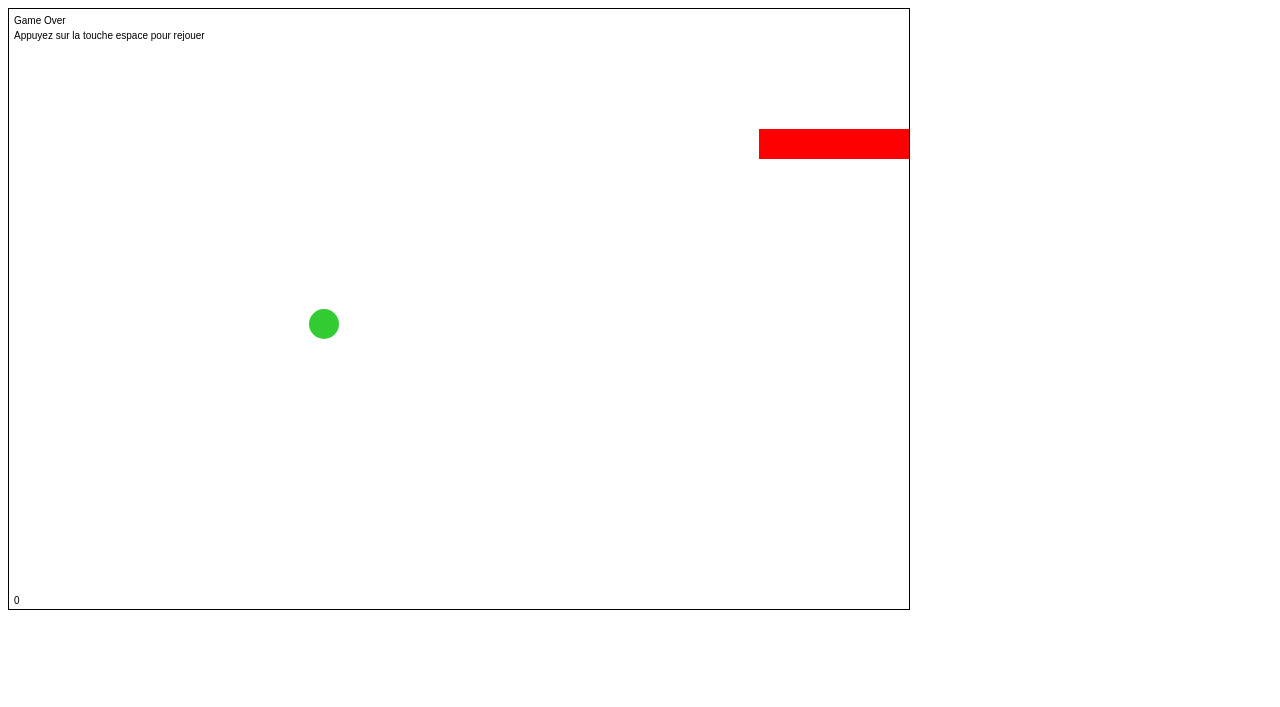
Repository: Loetitia27006/snake
Page: index.html
These files come from the project's save history. The page is drawn as it stood at one moment and after the next save; the edit follows.
The browser window is 1280 px wide. The pictures show the whole page.

Above is the page before, as saved 2023-03-24 16:14:10.

### index.html
<!DOCTYPE html>
<html lang="en">
<head>
    <meta charset="UTF-8">
    <meta http-equiv="X-UA-Compatible" content="IE=edge">
    <meta name="viewport" content="width=device-width, initial-scale=1.0">
    <title>Snake Game</title>
</head>
<body>

</body>
<script src="script.js"></script>
</html>

### script.js
window.onload = function () {
  var canvasWidth = 900;
  var canvasHeight = 600;
  var blockSize = 30;
  var ctx;
  var delay = 100;
  var snakee;
  var applee;
  var widthInBlocks = canvasWidth/blockSize;
  var heightInBlocks = canvasHeight/blockSize;
  var score;

  init();

  function init() {
    var canvas = document.createElement("canvas");
    canvas.width = canvasWidth;
    canvas.height = canvasHeight;
    canvas.style.border = "1px solid";
    document.body.appendChild(canvas);
    ctx = canvas.getContext("2d");
    snakee = new Snake([[6, 4],[5, 4],[4, 4],[3, 4], [2, 4]], "right");
    applee = new Apple([10, 10]);
    score = 0;
    refreshCanvas();
  }

  function refreshCanvas() {
    snakee.advance();
    if(snakee.checkCollision()){
        gameOver();
    }else{
      if(snakee.isEatingApple(applee)){
        score++;
        snakee.ateApple = true;
        do{
          applee.setNewPosition();
        }while(applee.isOnSnake(snakee))
      }
      ctx.clearRect(0, 0, canvasWidth, canvasHeight);
      snakee.draw();
      applee.draw();
      drawScore();
      setTimeout(refreshCanvas, delay);
    }

  }
  function gameOver(){
    ctx.save();
    ctx.fillText("Game Over", 5, 15);
    ctx.fillText("Appuyez sur la touche espace pour rejouer",5 ,30)
    ctx.restore();
  }

  function restart(){
    snakee = new Snake(
      [
        [6, 4],
        [5, 4],
        [4, 4],
        [3, 4] ,
        [2, 4],
      ],
      "right"
    );
    applee = new Apple([10, 10]);
    score = 0;
    refreshCanvas();
  }

  function drawScore(){
    ctx.save();
    ctx.fillText(score.toString(), 5, canvasHeight -5);
  }

  function drawBlock(ctx, position){
    var x = position[0] * blockSize;
    var y = position[1] * blockSize;
    ctx.fillRect(x, y, blockSize, blockSize)
  }

  function Snake(body, direction) {
    this.body = body;
    this.direction = direction
    this.ateApple = false;
    this.draw = function () {
      ctx.save();
      ctx.fillStyle = "#ff0000";
      for (var i = 0; i < this.body.length; i++) {
        drawBlock(ctx, this.body[i]);
      }
      ctx.restore();
    };
    this.advance = function () {
        var nextPosition = this.body[0].slice();
        switch (this.direction) {
          case "left":
            nextPosition[0] -= 1;
            break;
          case "right":
            nextPosition[0] += 1;
            break;
          case "down":
            nextPosition[1] += 1;
            break;
          case "up":
            nextPosition[1] -= 1;
            break;
          default:
            throw("Invalid direction" + this.direction);
        }
        this.body.unshift(nextPosition);
        if(!this.ateApple)
          this.body.pop();
        else
          this.ateApple = false;
    };
    this.setDirection= function(newDirection) {
      var allowedDirection;
      switch (this.direction) {
        case "left":
        case "right":
          allowedDirection = ["up", "down"];
          break;
        case "down":
        case "up":
          allowedDirection = ["left", "right"];
          break;
        default:
          throw("invalid direction: " + this.direction);
      }
      if(allowedDirection.indexOf(newDirection)>-1){
        this.direction = newDirection;
      }
    }
    this.checkCollision = function(){
      var wallCollision = false;
      var snakeCollision = false;
      var head = this.body[0];
      var rest = this.body.slice(1);
      var snakeX = head[0];
      var snakeY = head[1];
      var minX = 0;
      var minY = 0;
      var maxX = widthInBlocks - 1;
      var maxY = heightInBlocks - 1;
      var isNotBetweenHorizontalWalls = snakeX < minX || snakeX > maxX;
      var isNotBetweenVerticalWalls = snakeY < minY || snakeY > maxY;

      if(isNotBetweenHorizontalWalls || isNotBetweenVerticalWalls) {
        wallCollision = true;
      }
      for(var i = 0; i < rest.length; i++) {
        if(snakeX === rest[i][0] && snakeY === rest[i][1]) {
          snakeCollision = true;
      }
    }
    return wallCollision || snakeCollision;
  };
  this.isEatingApple = function (appleToEat) {
    var head = this.body[0];
    if (
      head[0] === appleToEat.position[0] &&
      head[1] === appleToEat.position[1]
    ) {
      return true;
    } else {
      return false;
    }
  };
}
  function Apple(position){
    this.position = position;
    this.draw = function(){
      ctx.save();
      ctx.fillStyle = "#33cc33";
      var radius = blockSize/2;
      var x = this.position[0]*blockSize + radius;
      var y = this.position[1]*blockSize + radius;
      ctx.beginPath();
      ctx.arc(x, y, radius, 0, Math.PI*2, true);
      ctx.fill();
      ctx.restore();
    }
    this.setNewPosition = function(){
      var newX = Math.round(Math.random()*(widthInBlocks - 1));
      var newY = Math.round(Math.random()*(heightInBlocks - 1));
      this.position = [newX, newY];
    }
    this.isOnSnake = function(snakeToCheck){
      var isOnSnake = false;
      for(var i=0; i< snakeToCheck.body.length; i++){
        if (this.position[0]=== snakeToCheck.body[i][0] && this.position[1]=== snakeToCheck.body[i][1]){
          isOnSnake = true;
        }
      }
      return isOnSnake;
    }
  }

  document.onkeydown = function handleKeyDown(e) {
    var key = e.keyCode;
    var newDirection;
    switch (key) {
      case 37:
        newDirection = "left";
        break;
      case 38:
        newDirection = "up";
        break;
      case 39:
        newDirection = "right";
        break;
      case 40:
        newDirection = "down";
        break;
      case 32:
        restart();
        return;
      default:
        return;
    }
    snakee.setDirection(newDirection);
  };
};

After the next save:
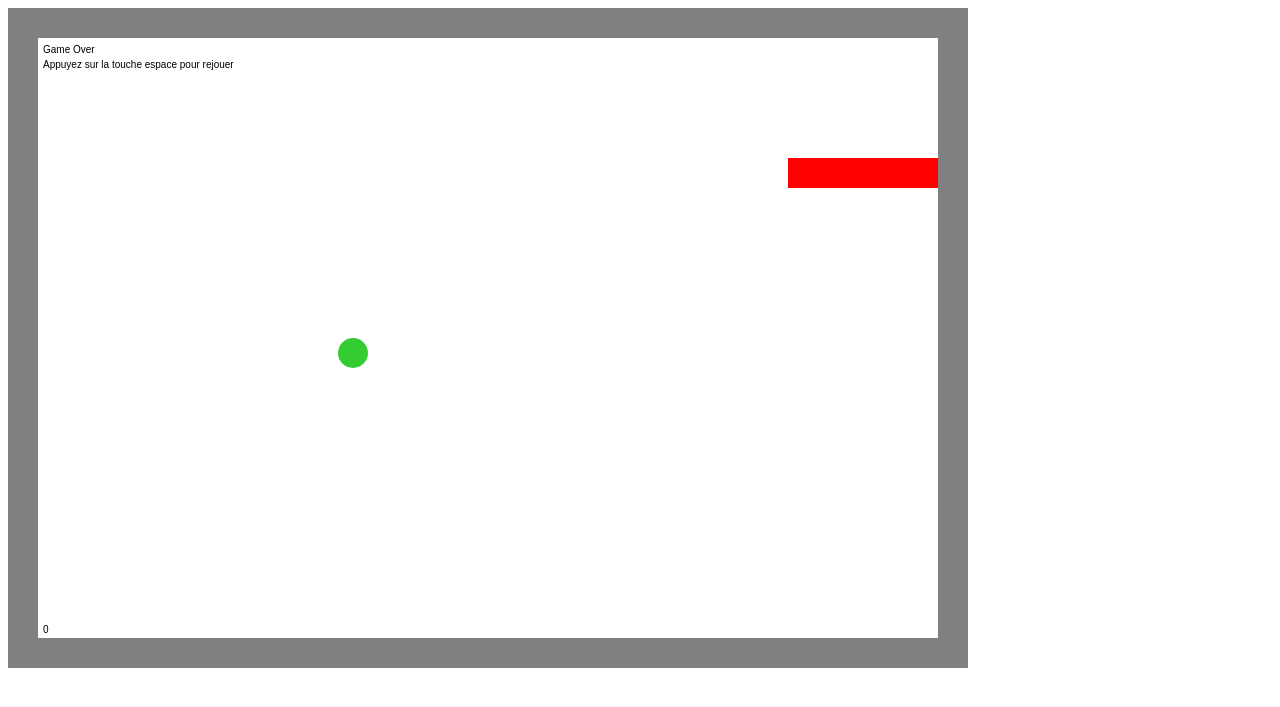
Saved 2 min 24 s later.
--- a/script.js
+++ b/script.js
@@ -16,7 +16,7 @@ window.onload = function () {
     var canvas = document.createElement("canvas");
     canvas.width = canvasWidth;
     canvas.height = canvasHeight;
-    canvas.style.border = "1px solid";
+    canvas.style.border = "30px solid gray";
     document.body.appendChild(canvas);
     ctx = canvas.getContext("2d");
     snakee = new Snake([[6, 4],[5, 4],[4, 4],[3, 4], [2, 4]], "right");
